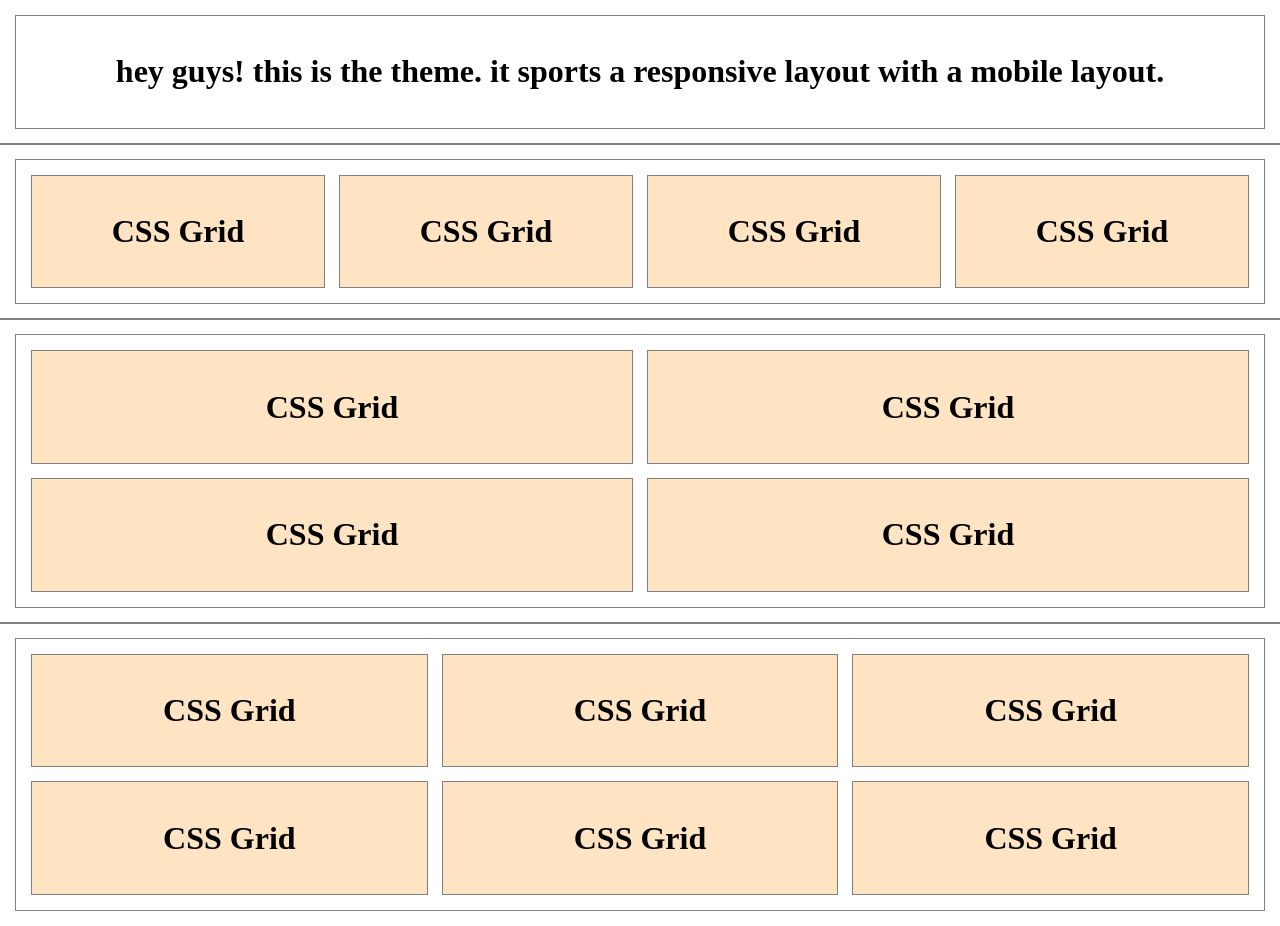
Repository: jjennbui/MDIA2003G-Assignment03B
Page: index.html
The author's editor kept a copy of each file at every save. The page is drawn from the files as they stood at one save, then again after the next save.
The browser window is 1280 px wide. The pictures show the whole page.

Above is the page before, as saved 2023-01-24 20:09:10.

### index.html
<!doctype html>
<html class="no-js" lang="">

<head>
  <meta charset="utf-8">
  <title></title>
  <meta name="description" content="">
  <meta name="viewport" content="width=device-width, initial-scale=1">

  <meta property="og:title" content="">
  <meta property="og:type" content="">
  <meta property="og:url" content="">
  <meta property="og:image" content="">

  <link rel="manifest" href="site.webmanifest">
  <link rel="apple-touch-icon" href="icon.png">
  <!-- Place favicon.ico in the root directory -->

  <link rel="stylesheet" href="css/normalize.css">
  <link rel="stylesheet" href="css/main.css">

  <meta name="theme-color" content="#fafafa">
</head>

<body>

  <div class="SECTION-ONE">
    <div class="row">
     <h1>hey guys! this is the theme. it sports a responsive layout with a mobile layout.</h1>
    </div>
  </div>

  <div class="SECTION-TWO">
    <div class="row m-row-2">
      <div class="col">
        <h1>CSS Grid</h1>
      </div>
      <div class="col">
        <h1>CSS Grid</h1>
      </div>
      <div class="col">
        <h1>CSS Grid</h1>
      </div>
      <div class="col">
        <h1>CSS Grid</h1>
      </div>
    </div>
  </div>

<div class="SECTION-THREE">
  <div class="row m-row-3">
    <div class="col m-row-span">
      <h1>CSS Grid</h1>
    </div>
    <div class="col">
      <h1>CSS Grid</h1>
    </div>
    <div class="col">
      <h1>CSS Grid</h1>
    </div>
    <div class="col">
      <h1>CSS Grid</h1>
    </div>
  </div>
</div>

<div class="SECTION-FOUR">
  <div class="row m-row-4">
    <div class="col m-row-span">
      <h1>CSS Grid</h1>
    </div>
    <div class="col">
      <h1>CSS Grid</h1>
    </div>
    <div class="col">
      <h1>CSS Grid</h1>
    </div>
    <div class="col">
      <h1>CSS Grid</h1>
    </div>
    <div class="col">
      <h1>CSS Grid</h1>
    </div>
    <div class="col">
      <h1>CSS Grid</h1>
    </div>
  </div>
</div>

</body>

</html>

### css/main.css














*,
*:before,
*:after {
  box-sizing: border-box;
}

img{
  width: 100%;
}




div,
main,
section,
footer,
main,
header {
  outline: 1px solid grey;
  min-height: 1rem;
  padding: 1rem;

}

.row{
  display: grid;
  row-gap: 1rem;

}

.col{
  position: relative;
  background-color: bisque;
}

.row{
  max-width: 200rem;
  column-gap: 1rem;
  row-gap: 1rem;
  text-align: center;
}

/* Small only */
@media screen and (max-width: 39.9375em) {}

/* Medium and up */
@media screen and (min-width: 40em) {

  .m-row-2{
    grid-template-columns: 1fr 1fr;
  }

  .m-row-3{
    grid-template-columns: repeat(2, 1fr);
  }

  .m-row-4{
    grid-template-columns: repeat(2, 1fr);
  }

}


/* Medium only */
@media screen and (min-width: 40em) and (max-width: 63.9375em) {}

/* Large and up */
@media screen and (min-width: 64em) {
  .m-row-2{
    grid-template-columns: repeat(4, 1fr);
  }

  .m-row-4{
    grid-template-columns: repeat(3, 1fr);
  }


}

/* Large only */
@media screen and (min-width: 64em) and (max-width: 74.9375em) {

}

Loaded but not shown: css/normalize.css (library)

After the next save:
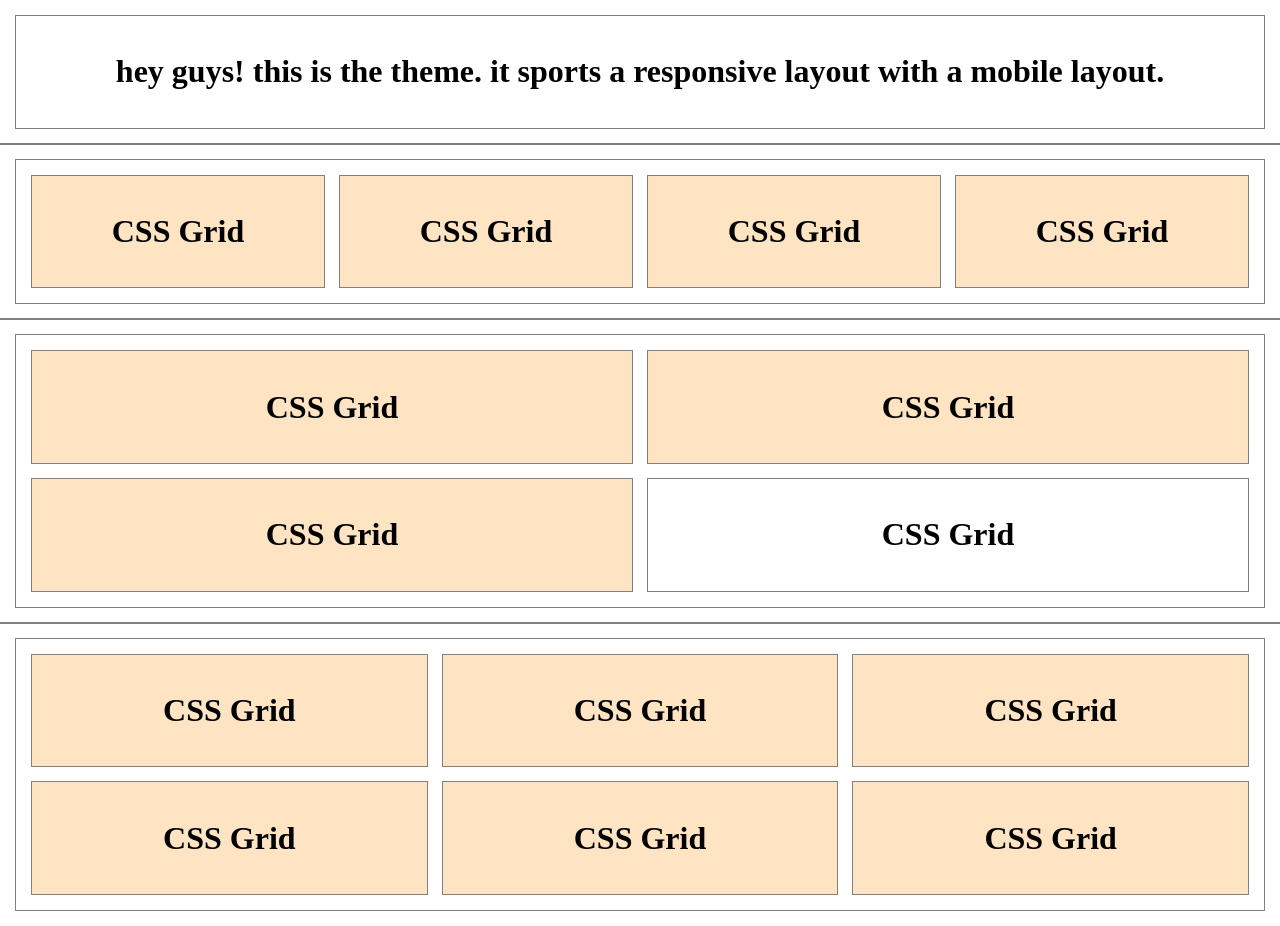
Saved 69 s later.
--- a/index.html
+++ b/index.html
@@ -58,7 +58,7 @@
     <div class="col">
       <h1>CSS Grid</h1>
     </div>
-    <div class="col">
+    <div class="column">
       <h1>CSS Grid</h1>
     </div>
   </div>
